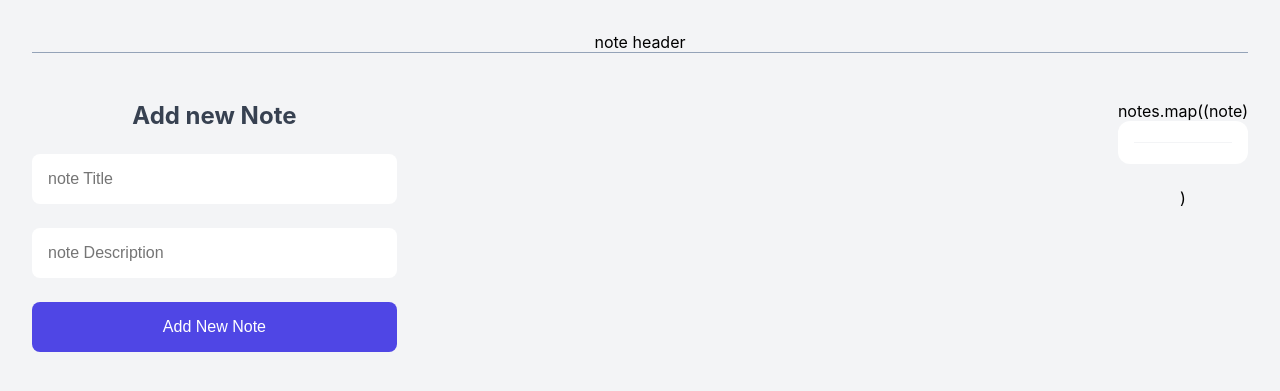
Repository: nikooshahbazi/shahbaziProjects
Page: / (app in dynamicData/)
These files come from the project's save history. The page is drawn as it stood at one moment and after the next save; the edit follows.
The browser window is 1280 px wide. The pictures show the whole page.
The project was rebuilt for these pictures with package versions that can differ from the ones it lists, and the page was loaded fresh each time. Also part of the build but not shown: dynamicData/vite.config.js.

Above is the page before, as saved 2024-02-17 18:32:30.

After the next save:
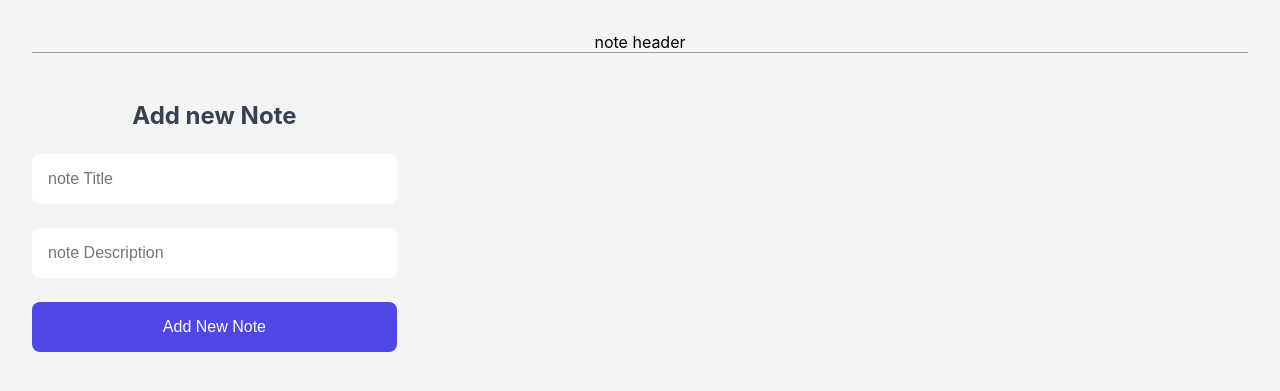
Saved 22 s later.
--- a/dynamicData/src/components/NoteList.jsx
+++ b/dynamicData/src/components/NoteList.jsx
@@ -1,5 +1,5 @@
 function NoteList({ notes }) {
-  return <div className="note-list">notes.map((note){<NoteItem />})</div>;
+  return
 }
 
 export default NoteList;
